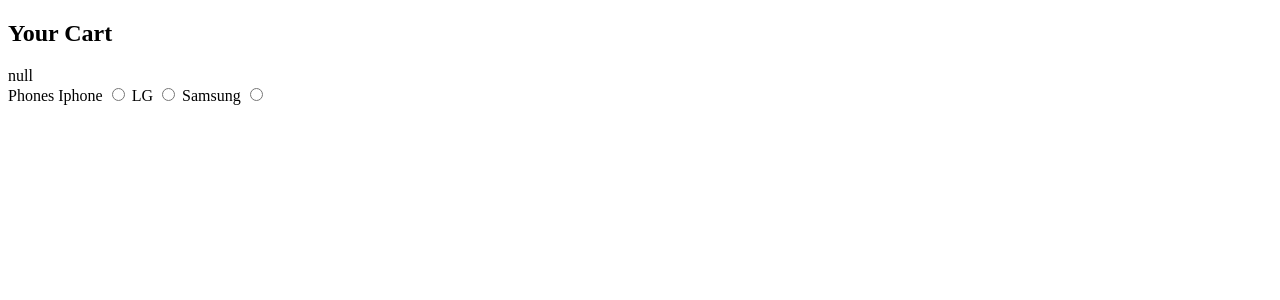
Repository: aishwarya-sankhla/JavaTraining
Page: http://localhost/MiniShoppingCart/Second.jsp
An editor plug-in stored every save of this project. The page is shown before and after the next save, followed by the edit.
The browser window is 1280 px wide. The pictures show the whole page.
The page is served by Tomcat 9.

Above is the page before, as saved 2018-10-03 09:59:58.

After the next save:
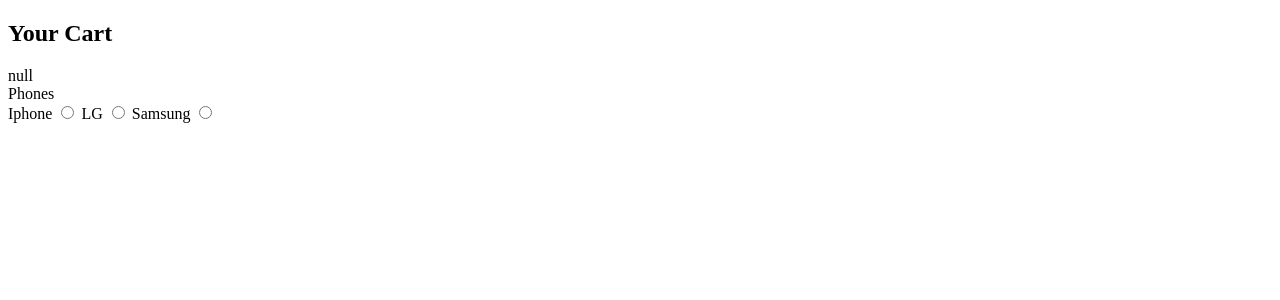
Saved 43 s later.
--- a/MiniShoppingCart/WebContent/Second.jsp
+++ b/MiniShoppingCart/WebContent/Second.jsp
@@ -12,7 +12,7 @@
 	out.println(session.getAttribute("book"));
 %>
 <form>
-	<label>Phones</label>
+	<label>Phones</label><br>
 	<label for="iphone">Iphone</label>
 	<input type="radio" name="phone" value="Iphone" id="iphone"/>
 	<label for="lg">LG</label>
